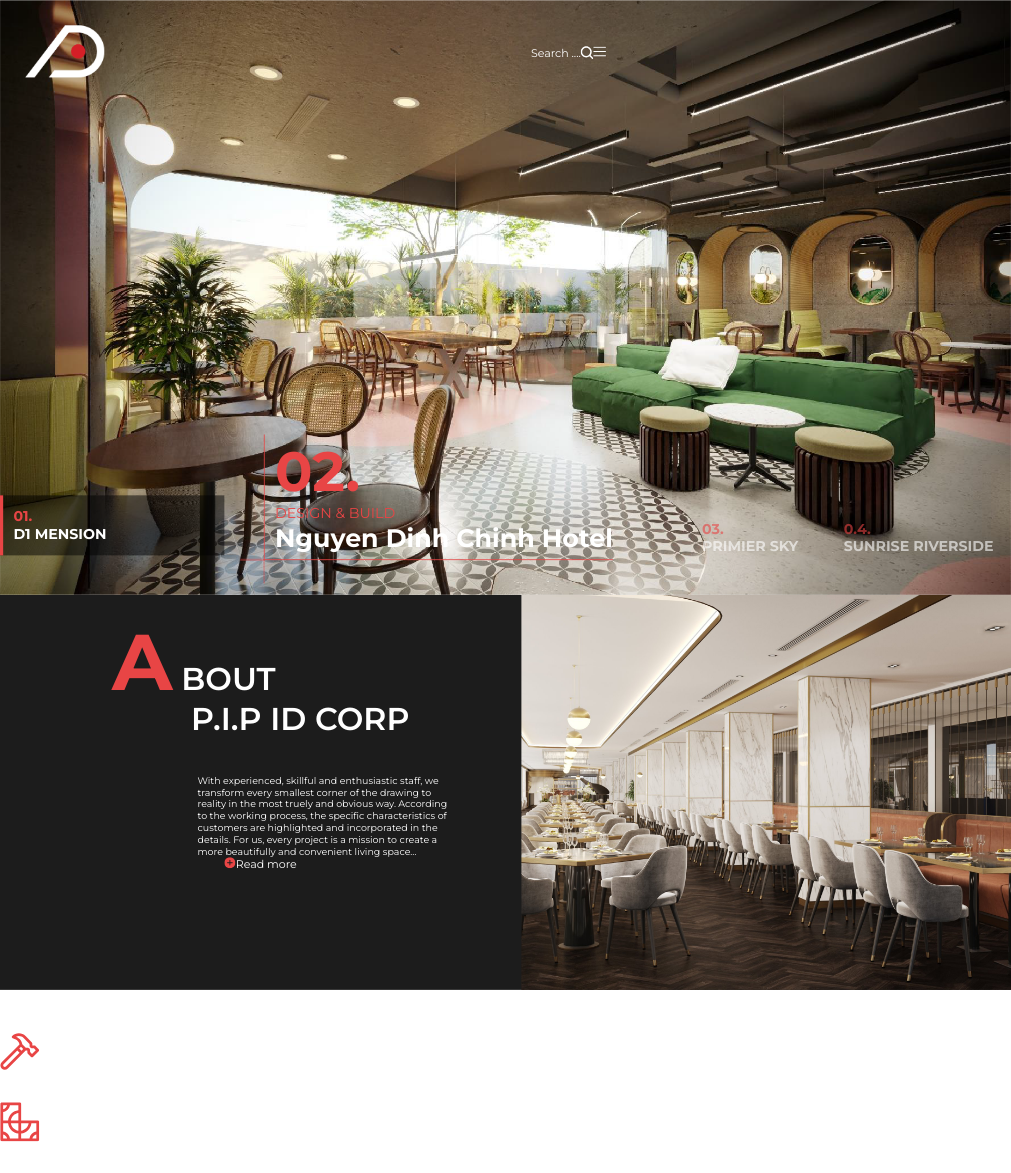
Repository: huudang2840/pipHomePage
Page: index.html
These files come from the project's save history. The page is drawn as it stood at one moment and after the next save; the edit follows.
The browser window is 1280 px wide. The pictures show the whole page, at 79% of full size.

Above is the page before, as saved 2023-03-21 14:24:28.

After the next save:
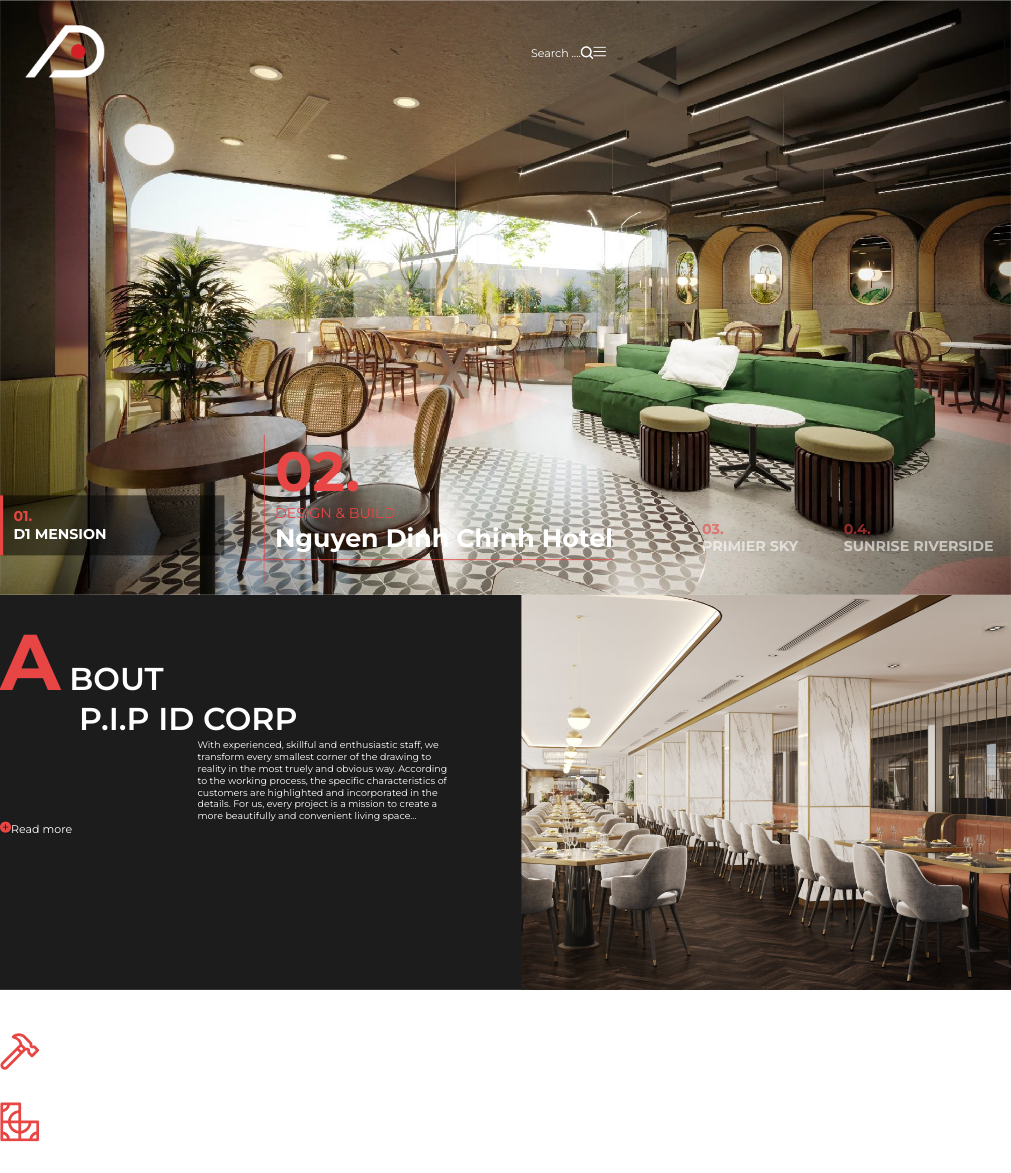
Saved 44 s later.
--- a/style/style.css
+++ b/style/style.css
@@ -155,9 +155,9 @@
 .about__left {
   flex: 1;
   padding-top: 60px;
-  display: flex;
+  /* display: flex;
   flex-direction: column;
-  align-items: center;
+  align-items: center; */
 }
 .text-red {
   font-weight: 700;

After the 3 saves that followed:
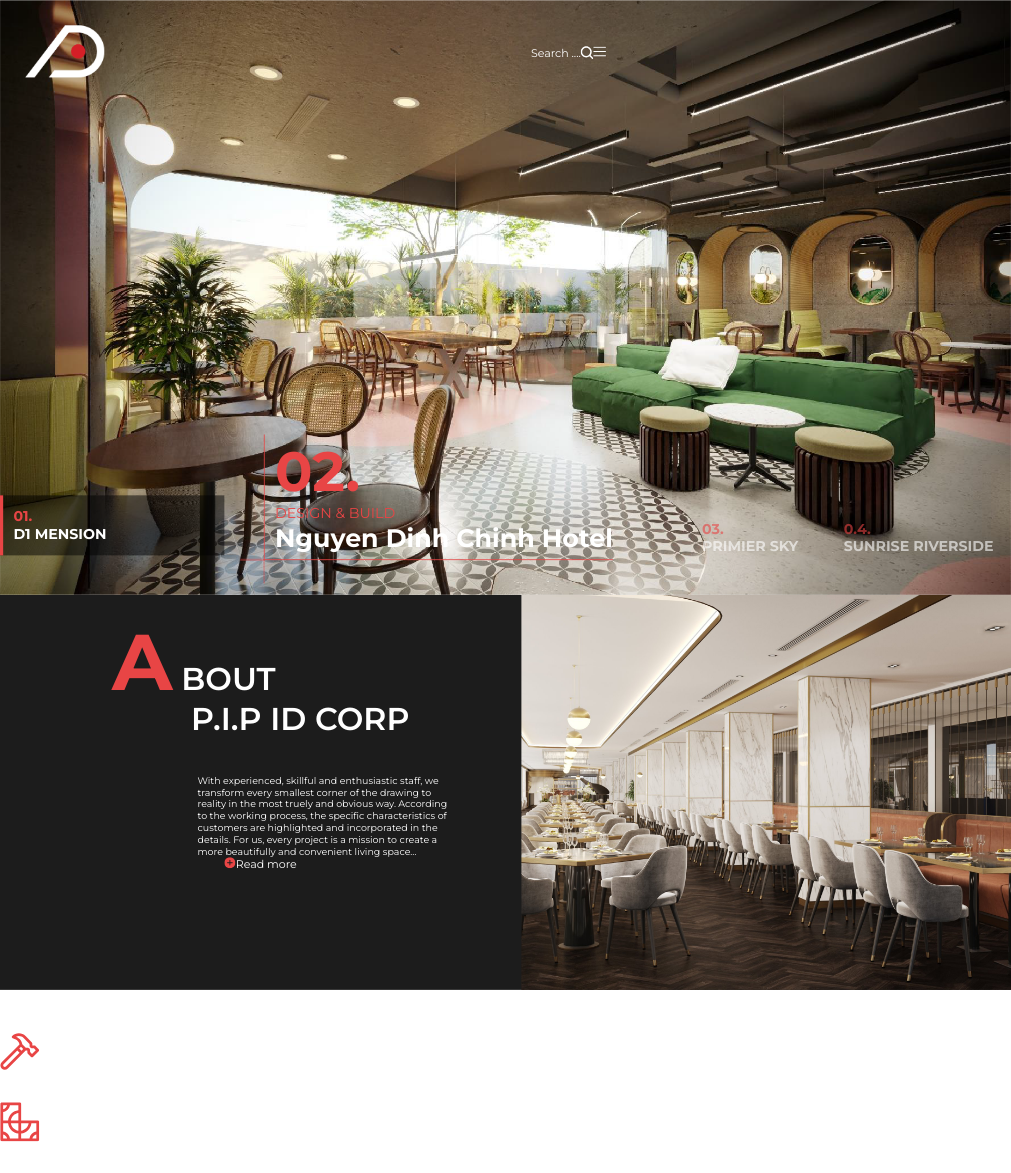
The 3 saves are shown as one change because 1 left the picture as it was and some came seconds apart.
The last was saved 80 s later.
--- a/style/style.css
+++ b/style/style.css
@@ -155,9 +155,9 @@
 .about__left {
   flex: 1;
   padding-top: 60px;
-  /* display: flex;
+  display: flex;
   flex-direction: column;
-  align-items: center; */
+  align-items: center;
 }
 .text-red {
   font-weight: 700;
